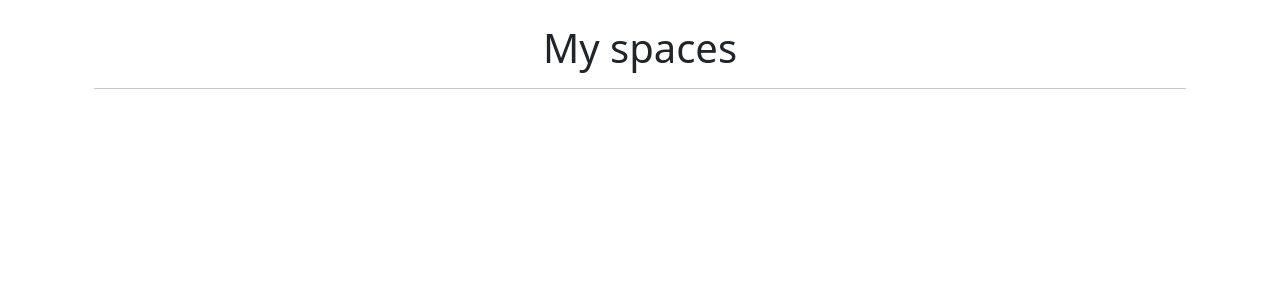
Repository: cflorido/Pre-parcial
Page: /
The author's editor kept a copy of each file at every save. The page is drawn from the files as they stood at one save, then again after the next save.
The browser window is 1280 px wide. The pictures show the whole page.
The page's requests for data from a server got no answer. The project was rebuilt for these pictures with package versions that can differ from the ones it lists, and the page was loaded fresh each time. No one was signed in, and anything a server would have sent is missing. Also part of the build but not shown: src/edificio.js, src/detalle.js.

Above is the page before, as saved 2025-03-13 20:29:43.

After the next save:
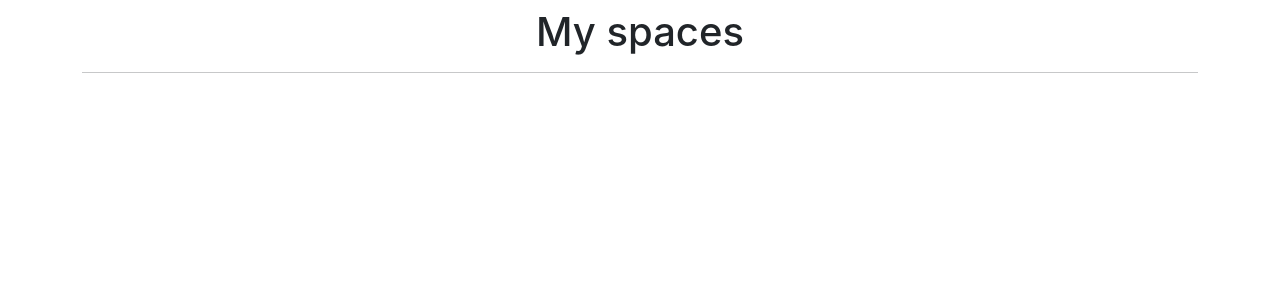
Saved 4 h 11 min later.
--- a/src/index.js
+++ b/src/index.js
@@ -1,22 +1,22 @@
-import React from 'react';
-import ReactDOM from 'react-dom/client';
-import './index.css';
-import App from './App';
-import Componentes from "./componentes"
-import reportWebVitals from './reportWebVitals';
-import Container from "react-bootstrap/Container";
-import Row from "react-bootstrap/Row";
+import React from "react";
+import ReactDOM from "react-dom/client";
+import { IntlProvider } from "react-intl";
+import App from "./App";
+import "./index.css";
+import reportWebVitals from "./reportWebVitals";
 
-const root = ReactDOM.createRoot(document.getElementById('root'));
+import localeEsMessages from "./es.json";
+import localeEnMessages from "./en.json";
+
+const userLocale = navigator.language.startsWith("es") ? "es" : "en";
+const messages = userLocale === "es" ? localeEsMessages : localeEnMessages;
+
+const root = ReactDOM.createRoot(document.getElementById("root"));
 root.render(
-  <Container className="mt-3">
-    <Row>
-      <App />
-    </Row>
-  </Container>
+  <IntlProvider locale={userLocale} messages={messages}>
+    <App locale={userLocale} />
+  </IntlProvider>
 );
 
-// If you want to start measuring performance in your app, pass a function
-// to log results (for example: reportWebVitals(console.log))
-// or send to an analytics endpoint. Learn more: https://bit.ly/CRA-vitals
 reportWebVitals();
+serviceWorkerRegistration.register();
